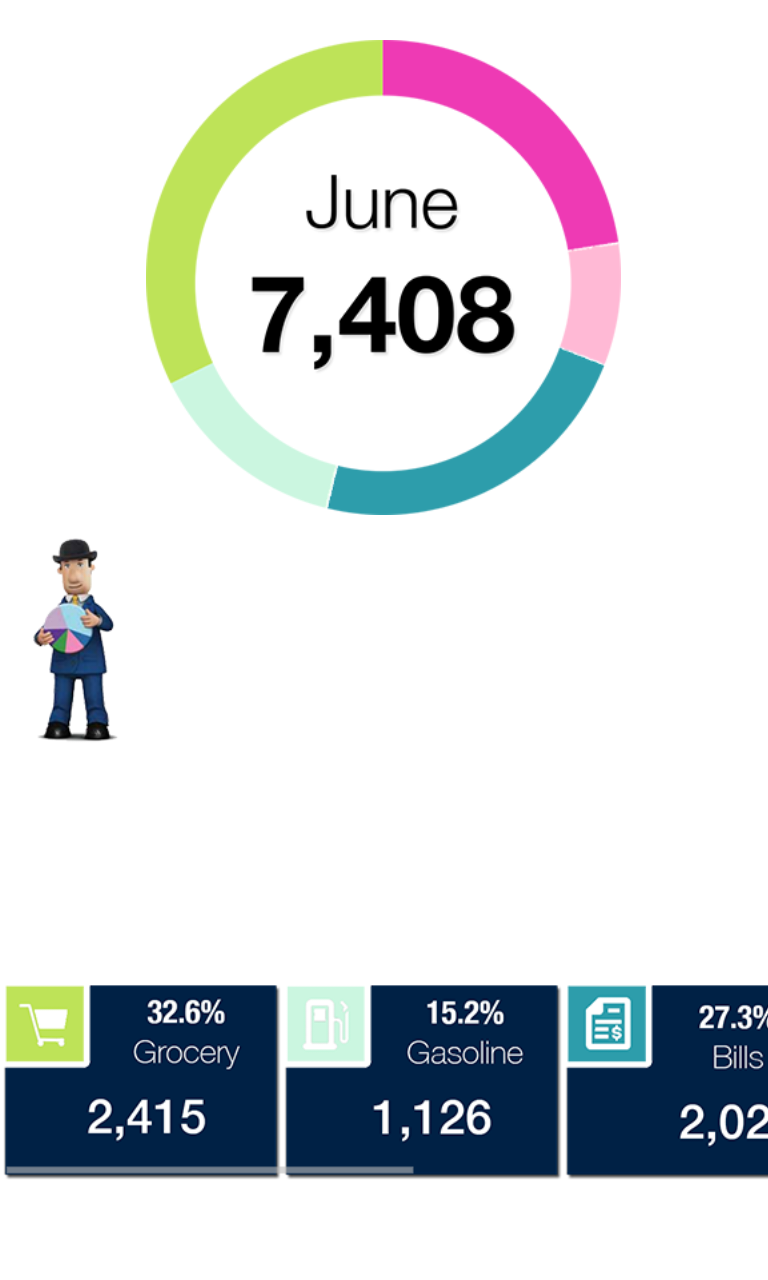
Repository: derek-zhan/RBCPrototypeChallenge
Layout: RBCPrototype/res/layout/fragment_analyze.xml
These files come from the project's save history. The layout is drawn as it stood at one moment and after the next save; the edit follows.
It is drawn on a 768 x 1280 px phone screen (xhdpi) without system bars, with theme AppTheme; the app's code is not run.

Above is the layout before, as saved 2014-06-07 14:18:32.

### RBCPrototype/res/layout/fragment_analyze.xml
<?xml version="1.0" encoding="utf-8"?>
<RelativeLayout xmlns:android="http://schemas.android.com/apk/res/android"
    android:layout_width="match_parent"
    android:layout_height="match_parent" >

    <ImageView
        android:layout_width="wrap_content"
        android:layout_height="wrap_content"
        android:layout_margin="20dp"
        android:layout_centerHorizontal="true"
        android:src="@drawable/piechart_full"
        />

     <HorizontalScrollView
        android:id="@+id/horizontal_scroll_view"
        android:layout_width="wrap_content"
        android:layout_height="wrap_content"
        android:layout_marginBottom="50dp"
        android:layout_alignParentBottom="true"

        >
        <LinearLayout
            android:layout_width="wrap_content"
            android:layout_height="wrap_content"
            android:orientation="horizontal" >
            <ImageButton
                android:id="@+id/grocery_btn"
                android:layout_width="wrap_content"
                android:layout_height="wrap_content"
                android:src="@drawable/piechartcat1"
                android:background="@null"
                 />
            <ImageButton
                android:layout_width="wrap_content"
                android:layout_height="wrap_content"
                android:src="@drawable/piechartcat2"
                android:background="@null"
                />
            <ImageButton
                android:layout_width="wrap_content"
                android:layout_height="wrap_content"
                android:src="@drawable/piechartcat3"
                android:background="@null"
                 />
            <ImageButton
                android:layout_width="wrap_content"
                android:layout_height="wrap_content"
                android:src="@drawable/piechartcat4"
                android:background="@null"
                 />
            <ImageButton
                android:layout_width="wrap_content"
                android:layout_height="wrap_content"
                android:src="@drawable/piechartcat5"
                android:background="@null" />
        </LinearLayout>

    </HorizontalScrollView>

     <ImageView
         android:layout_width="wrap_content"
         android:layout_height="wrap_content"
         android:layout_alignParentLeft="true"
         android:layout_centerVertical="true"
         android:layout_margin="10dp"
         android:src="@drawable/arbie_piechart_small" />

</RelativeLayout>

Loaded but not shown: RBCPrototype/res/values/styles.xml (common file); RBCPrototype/res/values-v11/styles.xml (common file); RBCPrototype/res/values-v14/styles.xml (common file)

After the next save:
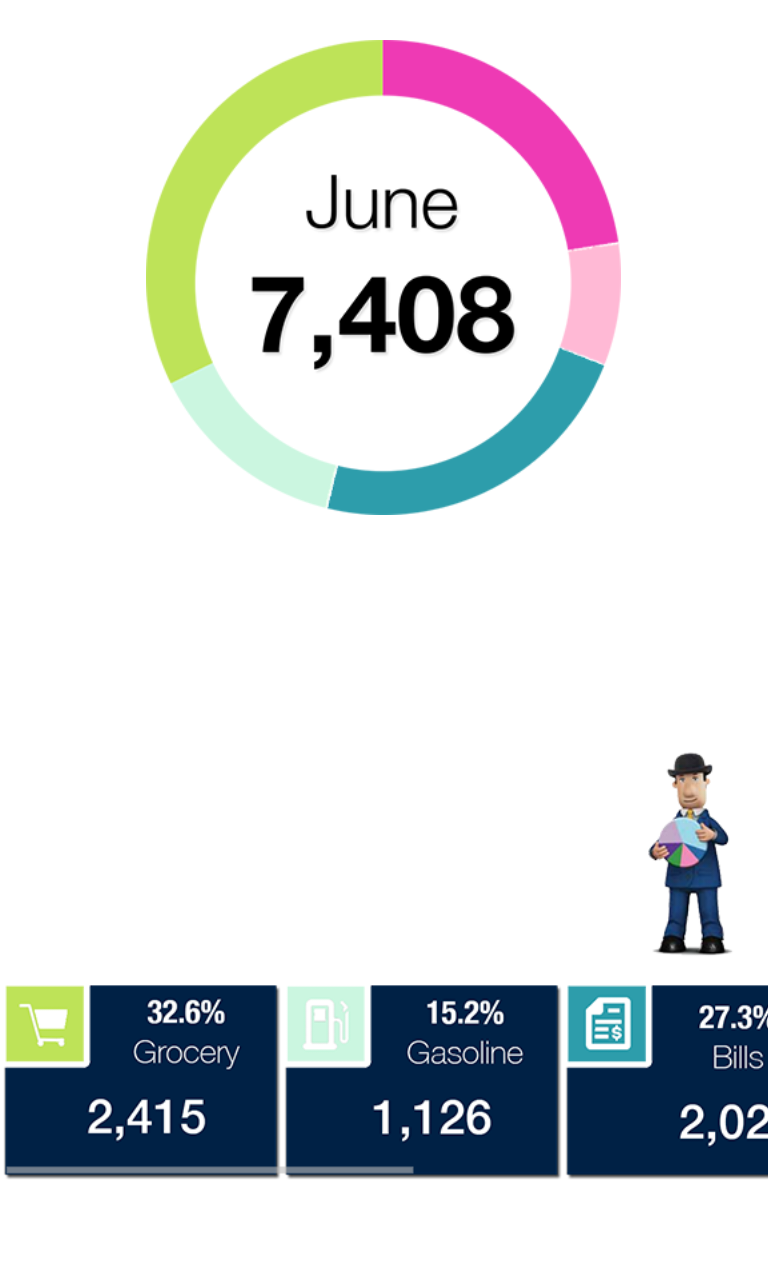
Saved 6 min 39 s later.
--- a/RBCPrototype/res/layout/fragment_analyze.xml
+++ b/RBCPrototype/res/layout/fragment_analyze.xml
@@ -60,8 +60,8 @@
      <ImageView
          android:layout_width="wrap_content"
          android:layout_height="wrap_content"
-         android:layout_alignParentLeft="true"
-         android:layout_centerVertical="true"
+         android:layout_above="@+id/horizontal_scroll_view"
+         android:layout_alignParentRight="true"
          android:layout_margin="10dp"
          android:src="@drawable/arbie_piechart_small" />
 
